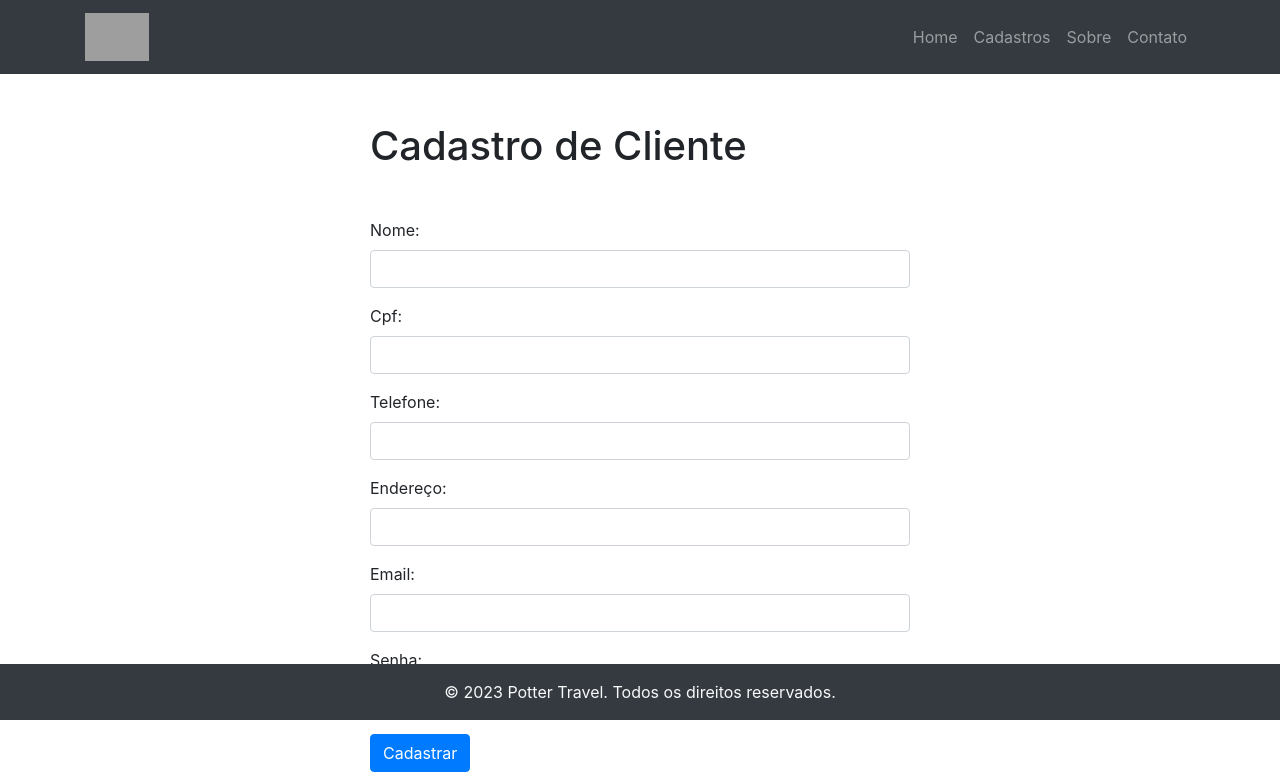
Repository: marcelledssantos/PotterTravel-MVC
Page: http://localhost/PotterTravel-MVC/cadastro.jsp
An editor plug-in stored every save of this project. The page is shown before and after the next save, followed by the edit.
The browser window is 1280 px wide. The pictures show the whole page.
Pictures or frames that could not be fetched are drawn as grey boxes. Some web libraries are served in a nearby version. The page is served by Tomcat 9. Other server files are loaded and not shown.

Above is the page before, as saved 2023-10-31 18:56:53.

### PotterTravel-MVC/src/main/webapp/cadastro.jsp
<%@ page language="java" contentType="text/html; charset=UTF-8"
	pageEncoding="UTF-8"%>
<!DOCTYPE html>
<html>
<head>
<meta charset="UTF-8">

<link rel="stylesheet" href="https://maxcdn.bootstrapcdn.com/bootstrap/4.5.2/css/bootstrap.min.css">
<title>Create</title>
</head>
<body>
    <!-- Cabeçalho -->
    <header>
        <nav class="navbar navbar-expand-lg navbar-dark  bg-dark text-light">
            <div class="container">
                <a class="navbar-brand" href="#"><img src="./icon/samurai.png" height="48px"/> </a>
                <button class="navbar-toggler" type="button" data-toggle="collapse" data-target="#navbarNav" aria-controls="navbarNav" aria-expanded="false" aria-label="Toggle navigation">
                    <span class="navbar-toggler-icon"></span>
                </button>
                <div class="collapse navbar-collapse" id="navbarNav">
                    <ul class="navbar-nav ml-auto">
                        <li class="nav-item">
                            <a class="nav-link" href="index.html">Home</a>
                        </li>
                        <li class="nav-item">
                            <a class="nav-link" href="ReadController">Cadastros</a>
                        </li>
                        <li class="nav-item">
                            <a class="nav-link" href="sobre.html">Sobre</a>
                        </li>
                        <li class="nav-item">
                            <a class="nav-link" href="contato.html">Contato</a>
                        </li>
                    </ul>
                </div>
            </div>
        </nav>
    </header>
	<div class="container">
		<div class="row justify-content-center">
			<div class="col-md-6">
				<h1 class="mt-5" >Cadastro de Cliente</h1>
				<form class="mt-5" action="CreateController" method="post">
					<div class="form-group">
						<label for="nome">Nome:</label> <input type="text"
							class="form-control" id="nome" name="nome" required>
					</div>
					<div class="form-group">
						<label for="nome">Cpf:</label> <input type="text"
							class="form-control" id="cpf" name="cpf" required>
					</div>
					<div class="form-group">
						<label for="nome">Telefone:</label> <input type="text"
							class="form-control" id="telefone" name="telefone" required>
					</div>
					<div class="form-group">
						<label for="login">Endereço:</label> <input type="text"
							class="form-control" id="endereco" name="endereco" required>
					</div>
					<div class="form-group">
						<label for="login">Email:</label> <input type="email"
							class="form-control" id="email" name="email" required>
					</div>
					<div class="form-group">
						<label for="senha">Senha:</label> <input type="password"
							class="form-control" id="senha" name="senha" required>
					</div>
					<button type="submit" class="btn btn-primary">Cadastrar</button>
				</form>
			</div>
		</div>
	</div>
	 <!-- Rodapé -->
    <footer class="bg-dark text-light text-center py-3 fixed-bottom">
        &copy; 2023 Potter Travel. Todos os direitos reservados.
    </footer>

	<!-- Inclua os scripts do Bootstrap via CDN -->
	<script src="https://code.jquery.com/jquery-3.5.1.slim.min.js"></script>
	<script
		src="https://cdn.jsdelivr.net/npm/@popperjs/core@2.5.3/dist/umd/popper.min.js"></script>
	<script
		src="https://maxcdn.bootstrapcdn.com/bootstrap/4.5.2/js/bootstrap.min.js"></script>

</body>
</html>

After the next save:
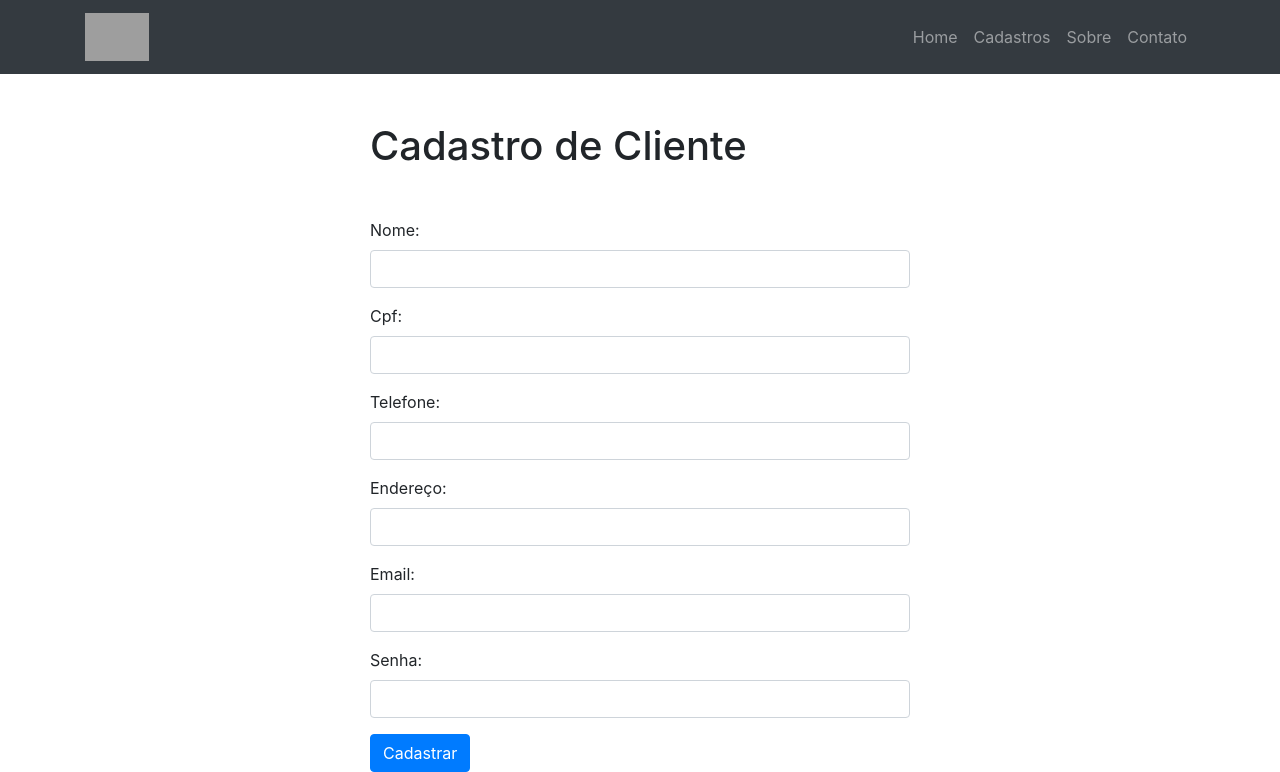
Saved 42 min 52 s later.
--- a/PotterTravel-MVC/src/main/webapp/cadastro.jsp
+++ b/PotterTravel-MVC/src/main/webapp/cadastro.jsp
@@ -71,9 +71,7 @@
 		</div>
 	</div>
 	 <!-- Rodapé -->
-    <footer class="bg-dark text-light text-center py-3 fixed-bottom">
-        &copy; 2023 Potter Travel. Todos os direitos reservados.
-    </footer>
+
 
 	<!-- Inclua os scripts do Bootstrap via CDN -->
 	<script src="https://code.jquery.com/jquery-3.5.1.slim.min.js"></script>
